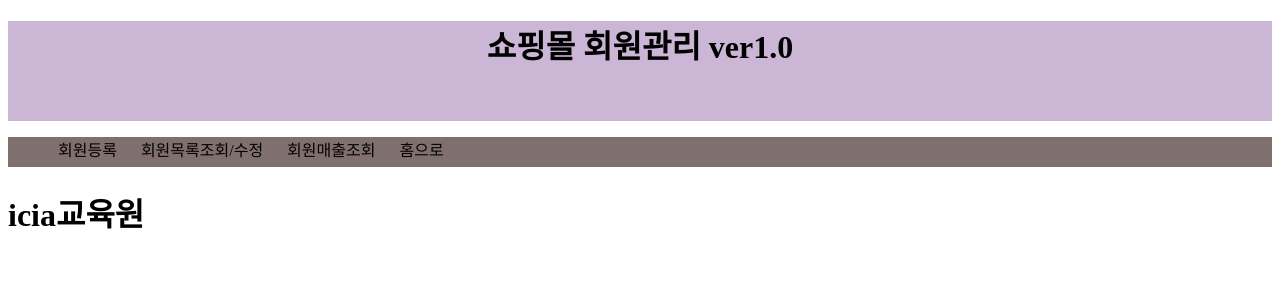
Repository: Kim-seongjun/javastudy2
Page: http://localhost/back_end_test/
These files come from the project's save history. The page is drawn as it stood at one moment and after the next save; the edit follows.
The browser window is 1280 px wide. The pictures show the whole page.
The page is served by Tomcat 9. Other server files are loaded and not shown.

Above is the page before, as saved 2020-01-22 01:13:39.

### back_end_test/WebContent/index.jsp
<%@ page language="java" contentType="text/html; charset=UTF-8"
	pageEncoding="UTF-8"%>
<!DOCTYPE html>
<html>
<head>
<meta charset="UTF-8">
<title>Insert title here</title>
<style>
#header{
	background-color: #CBB6D6;
	text-align: center;
	height: 100px;
}
</style>
</head>
<body>
	<header>
		<div id="header">
			<jsp:include page="header.jsp" />
		</div>
	</header>
	<nav>
		<div id="nav">
			<jsp:include page="nav.jsp" />
		</div>
	</nav>
	<footer>
		<div id="footer">
			<jsp:include page="footer.jsp" />
		</div>
	</footer>
</body>
</html>

### back_end_test/WebContent/header.jsp
<%@ page language="java" contentType="text/html; charset=UTF-8"
    pageEncoding="UTF-8"%>
<!DOCTYPE html>
<html>
<head>
<meta charset="UTF-8">
<title>Insert title here</title>
<style>

</style>
</head>
<body>
<h1>쇼핑몰 회원관리 ver1.0</h1>
</body>
</html>

### back_end_test/WebContent/nav.jsp
<%@ page language="java" contentType="text/html; charset=UTF-8"
    pageEncoding="UTF-8"%>
<!DOCTYPE html>
<html>
<head>
<meta charset="UTF-8">
<title>Insert title here</title>

</head>
<style>

 #div_nav{
    background-color: #80706D;
    height: 30px;
 }

 ul li {
 list-style-type:none;
 display:inline;
 margin :0px 10px;
 }

</style>
<body>
   <div id="div_nav">
      <ul id="list">
         <li><a>회원등록</a></li>
         <li><a>회원목록조회/수정</a></li>
         <li><a>회원매출조회</a></li>
         <li><a>홈으로</a></li>
      </ul>
   </div>
</body>
</html>

### back_end_test/WebContent/footer.jsp
<%@ page language="java" contentType="text/html; charset=UTF-8"
    pageEncoding="UTF-8"%>
<!DOCTYPE html>
<html>
<head>
<meta charset="UTF-8">
<title>Insert title here</title>
</head>
<body>
<h1>icia교육원</h1>
</body>
</html>

After the next save:
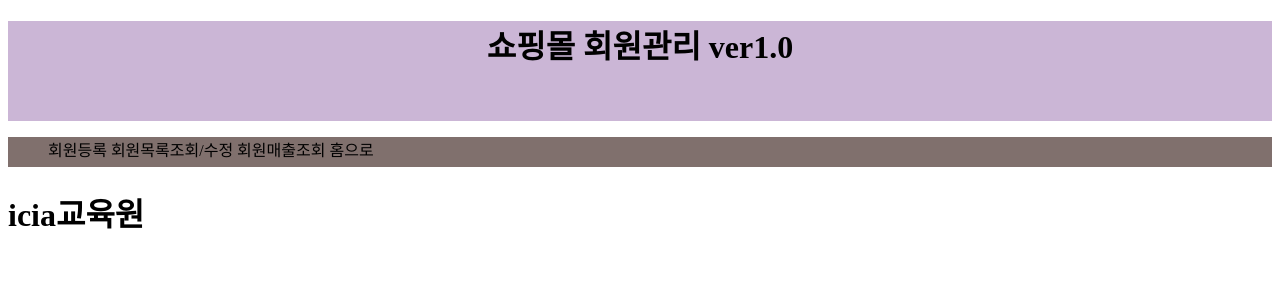
Saved 31 s later.
--- a/back_end_test/WebContent/nav.jsp
+++ b/back_end_test/WebContent/nav.jsp
@@ -17,7 +17,7 @@
  ul li {
  list-style-type:none;
  display:inline;
- margin :0px 10px;
+/*  margin :0px 10px; */
  }
 
 </style>

After the save that followed:
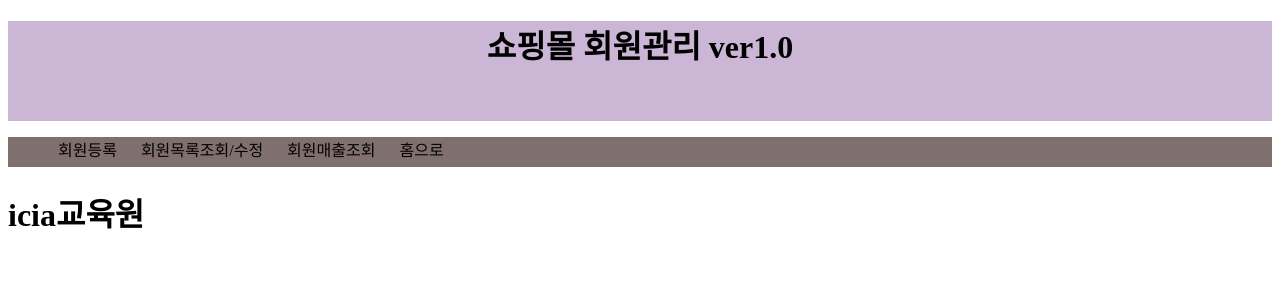
Saved 6 s later.
--- a/back_end_test/WebContent/nav.jsp
+++ b/back_end_test/WebContent/nav.jsp
@@ -17,7 +17,7 @@
  ul li {
  list-style-type:none;
  display:inline;
-/*  margin :0px 10px; */
+ margin :0px 10px;
  }
 
 </style>
